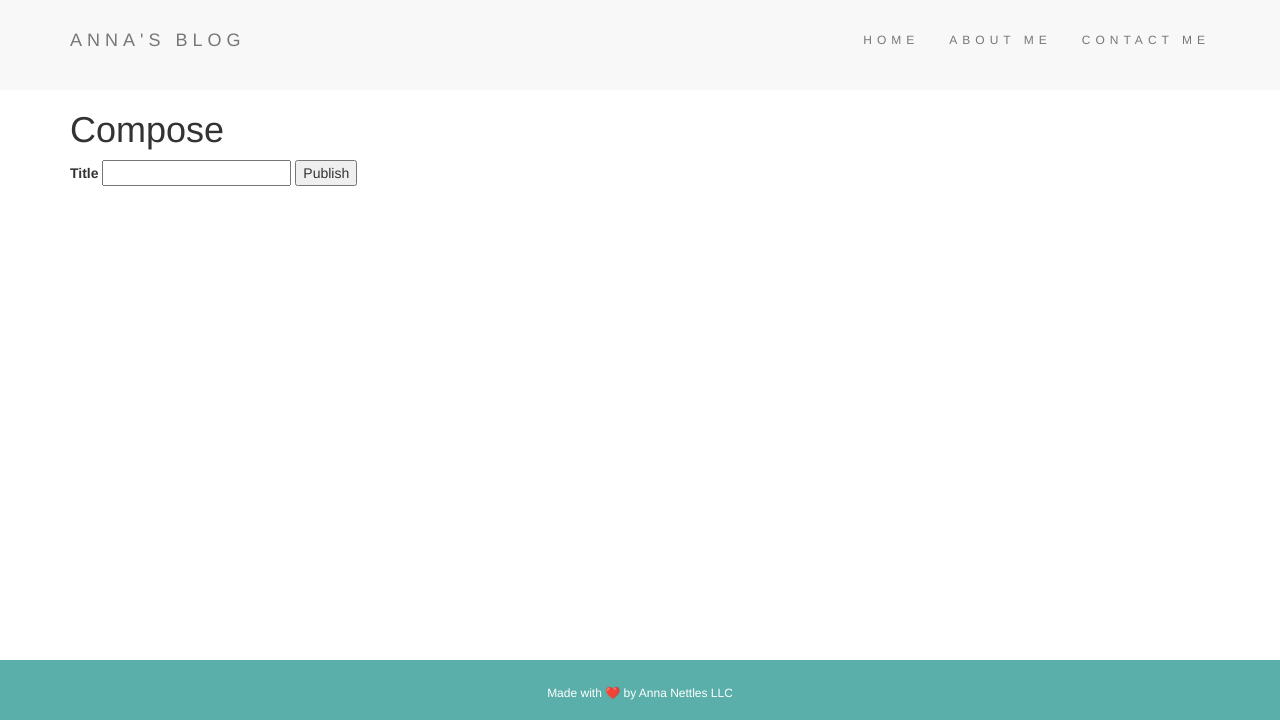
Repository: thecoachanna/blog
Page: http://localhost/compose
An editor plug-in stored every save of this project. The page is shown before and after the next save, followed by the edit.
The browser window is 1280 px wide. The pictures show the whole page.
The page is served by the project's Node server (app.js).

Above is the page before, as saved 2023-05-10 07:21:42.

After the next save:
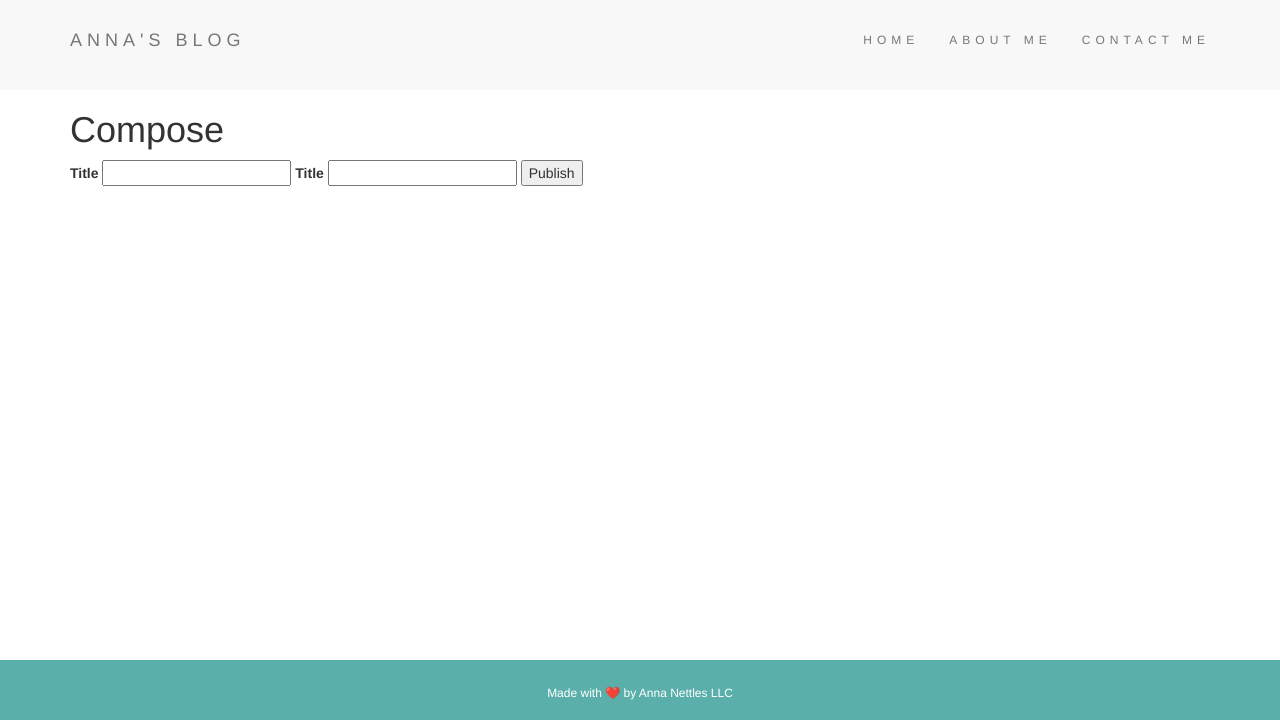
Saved 16 s later.
--- a/views/compose.ejs
+++ b/views/compose.ejs
@@ -4,6 +4,9 @@
     <form action="/compose" method="post">
         <label for="title">Title</label>
         <input type="text" name="blog" autocomplete="off">
+
+        <label for="title">Title</label>
+        <input type="text" name="blog" autocomplete="off">
         <button type="submit" name="button">Publish</button>
     </form>
 
